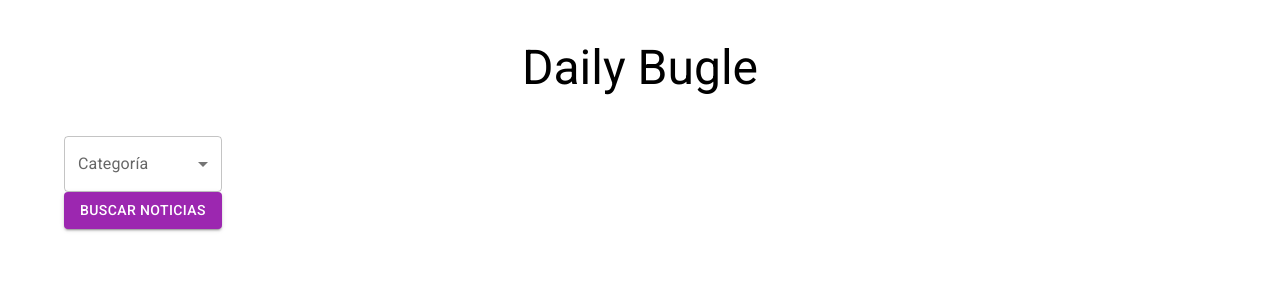
Repository: CarlosCamposRodriguez99/noticiasApp
Page: /
The author's editor kept a copy of each file at every save. The page is drawn from the files as they stood at one save, then again after a run of saves.
The browser window is 1280 px wide. The pictures show the whole page.
Some web fonts or font styles are not loaded; a fallback is used. The project was rebuilt for these pictures with package versions that can differ from the ones it lists, and the page was loaded fresh each time. Also part of the build but not shown: vite.config.js.

Above is the page before, as saved 2022-06-07 19:40:28.

### index.html
<!DOCTYPE html>
<html lang="en">
  <head>
    <meta charset="UTF-8" />
    <link rel="icon" type="image/svg+xml" href="/src/favicon.svg" />
    <meta name="viewport" content="width=device-width, initial-scale=1.0" />
    <title>Buscador de Noticias</title>
    <link rel="preconnect" href="https://fonts.googleapis.com">
    <link rel="preconnect" href="https://fonts.gstatic.com" crossorigin>
    <link href="https://fonts.googleapis.com/css2?family=Joan&family=Roboto:wght@300;400;500;700&display=swap" rel="stylesheet">
  </head>
  <body>
    <div id="root"></div>
    <script type="module" src="/src/main.jsx"></script>
  </body>
</html>

### src/App.jsx
import { Container, Grid, Typography } from '@mui/material';
import Formulario from './components/Formulario';

function App() {

  return (
    <Container>
      <header>
        <Typography
          align="center"
          marginY={5}
          component='h1'
          variant='h3'
        >
          Daily Bugle
        </Typography>
      </header>

      <Formulario />
    </Container>
  )
}

export default App

### src/components/Formulario.jsx
import { FormControl, InputLabel, Select, MenuItem, Button, Box} from '@mui/material';

const CATEGORIAS = [
  { value: 'general', label: 'General'},
  { value: 'business', label: 'Negocios'},
  { value: 'entertainment', label: 'Entretenimiento'},
  { value: 'health', label: 'Salud'},
  { value: 'science', label: 'Ciencia'},
  { value: 'sports', label: 'Deportes'},
  { value: 'technology', label: 'Tecnología'},
]

const Formulario = () => {
  return (
    <form>
      <FormControl>
        <InputLabel>Categoría</InputLabel>
        <Select
          label="categoria"
        >
          {CATEGORIAS.map(categoria => (
            <MenuItem
              key={categoria.value}
              value={categoria.value}
            >
              {categoria.label}
            </MenuItem>
          ))}

        </Select>

        <Box
          sx={{}}
        >
          <Button
            fullWidth
            variant='contained'
            color='secondary'
          >
            Buscar Noticias
          </Button>
        </Box>

      </FormControl>
    </form>
  )
}

export default Formulario

Loaded but not shown: src/main.jsx (common file)

After the next 2 saves:
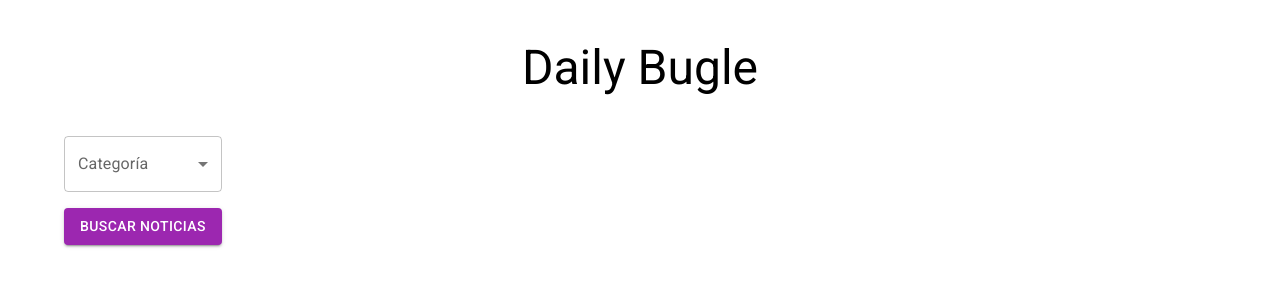
The 2 saves are shown as one change because they came seconds apart.
The last was saved 10 s later.
--- a/src/components/Formulario.jsx
+++ b/src/components/Formulario.jsx
@@ -30,7 +30,7 @@
         </Select>
 
         <Box
-          sx={{}}
+          sx={{marginTop: 2}}
         >
           <Button
             fullWidth
